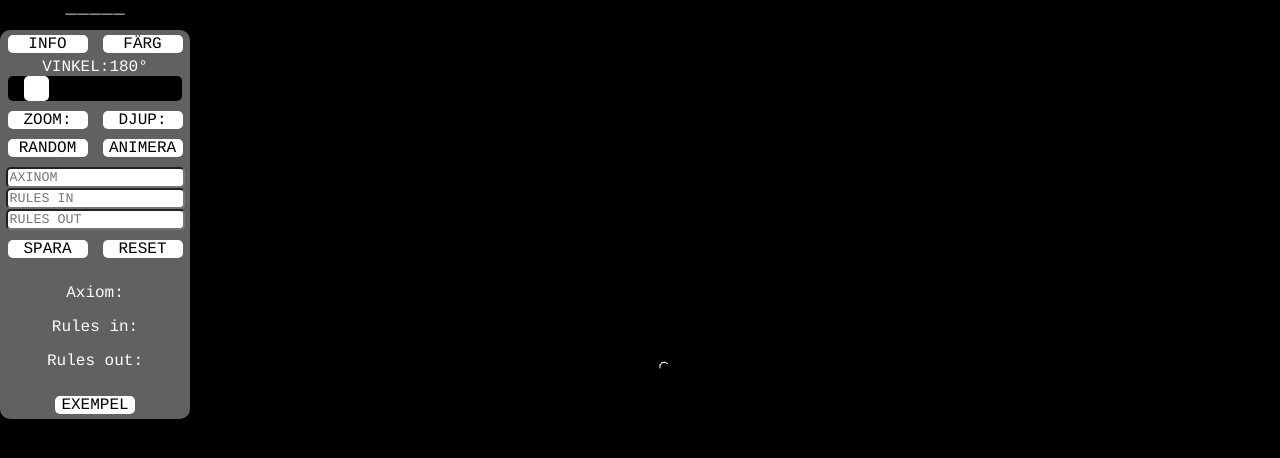
Repository: Gabrielw123/Fraktalgenerator
Page: fraktaler/test/index.html
An editor plug-in stored every save of this project. The page is shown before and after the next save, followed by the edit.
The browser window is 1280 px wide. The pictures show the whole page.
Some web libraries are served in a nearby version.

Above is the page before, as saved 2022-01-13 13:45:37.

After the next save:
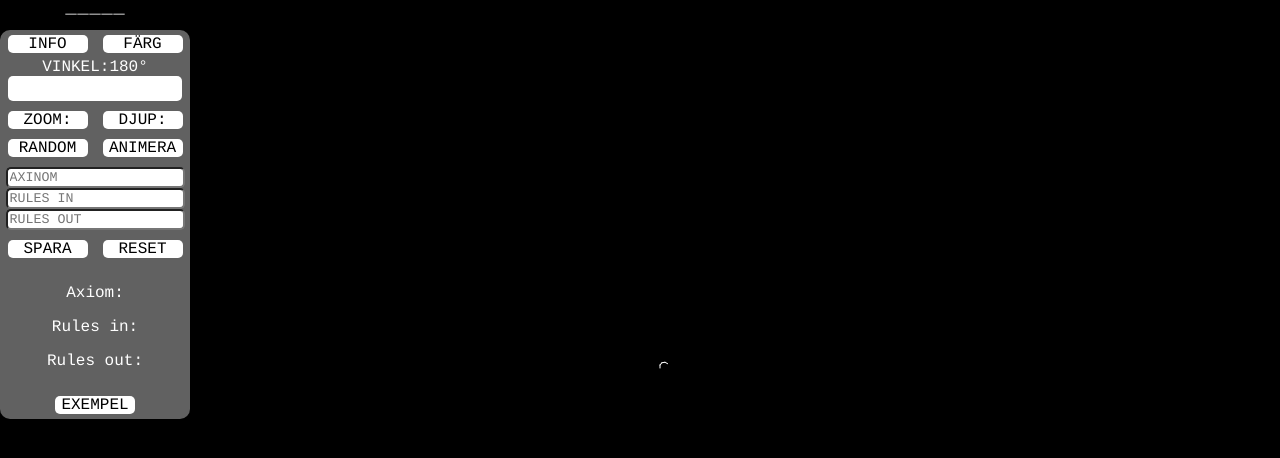
Saved 11 s later.
--- a/fraktaler/test/style.css
+++ b/fraktaler/test/style.css
@@ -64,7 +64,7 @@ body {
   -webkit-appearance: none;
   width: 92%;
   height: 25px;
-  background: black;
+  background: white;
   outline: none;
   margin: auto;
   -webkit-transition: 0.2s;
@@ -73,7 +73,7 @@ body {
 }
 
 .slider:hover {
-  background: white;
+  background: black;
   color: white;
 }
 
